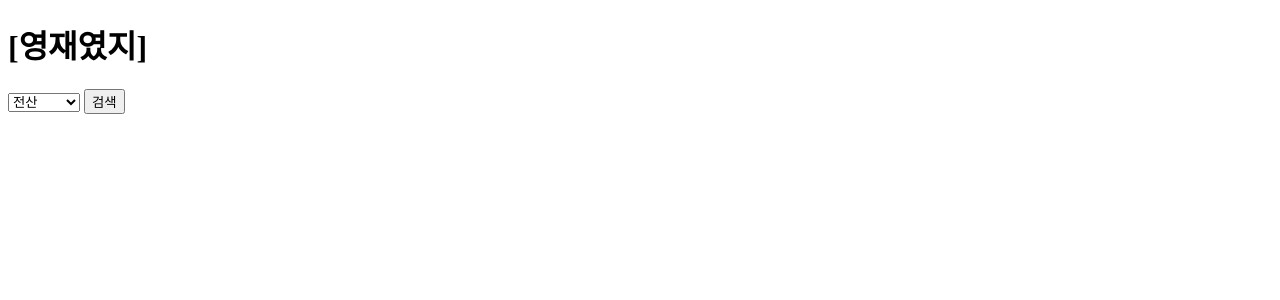
Repository: whwlsghkstm/html
Page: Ex0507/WebContent/list.html
The author's editor kept a copy of each file at every save. The page is drawn from the files as they stood at one save, then again after the next save.
The browser window is 1280 px wide. The pictures show the whole page.
Some web libraries are served in a nearby version.

Above is the page before, as saved 2020-05-07 05:56:23.

### Ex0507/WebContent/list.html
<!DOCTYPE html>
<html>
<head>
	<meta charset="UTF-8">
	<title>다섯살때부터 나는 피아노를 쳤어</title>
	<script src="http://code.jquery.com/jquery-1.9.1.js"></script>
	<script src="https://cdnjs.cloudflare.com/ajax/libs/handlebars.js/3.0.1/handlebars.js"></script>
</head>
<body>
	<h1>[영재였지]</h1>
	<select id="dept">
		<option>전산</option>
		<option>전자</option>
		<option>건축</option>
		<option>실용음악</option>
	</select>
	<input type="button" value="검색" id="btnSearch">
</body>
</html>

After the next save:
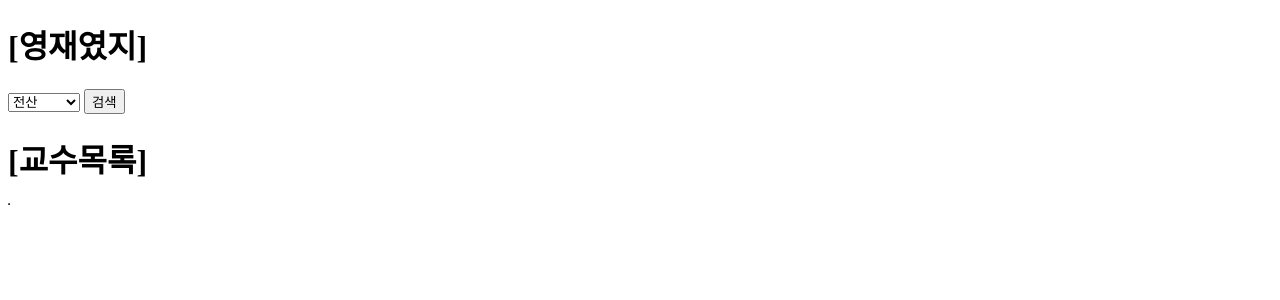
Saved 16 s later.
--- a/Ex0507/WebContent/list.html
+++ b/Ex0507/WebContent/list.html
@@ -15,5 +15,31 @@
 		<option>실용음악</option>
 	</select>
 	<input type="button" value="검색" id="btnSearch">
+
+	<h1>[교수목록]</h1>
+	<table id="tab" border=1></table>
+	<script id="temp" type="text/x-handlebars-template">
+			<tr class="title">
+				<td><input type="checkbox" id="checkAll"></td>
+				<td>교수번호</td>
+				<td>교수이름</td>
+				<td>소속학과</td>
+				<td>임용일</td>
+				<td>직급</td>
+				<td>급여</td>
+			</tr>
+
+		{{#each .}}
+			<tr class="row">
+				<td><input type="checkbox" class="check"></td>
+				<td class="pcode">{{pcode}}</td>
+				<td class="pname">{{pname}}</td>
+				<td class="dept">{{dept}}</td>
+				<td class="hiredate">{{hiredate}}</td>
+				<td class="title">{{title}}</td>
+				<td class="salary">{{salary}}</td>
+			</tr>
+		{{/each}}
+	</script>
 </body>
 </html>
